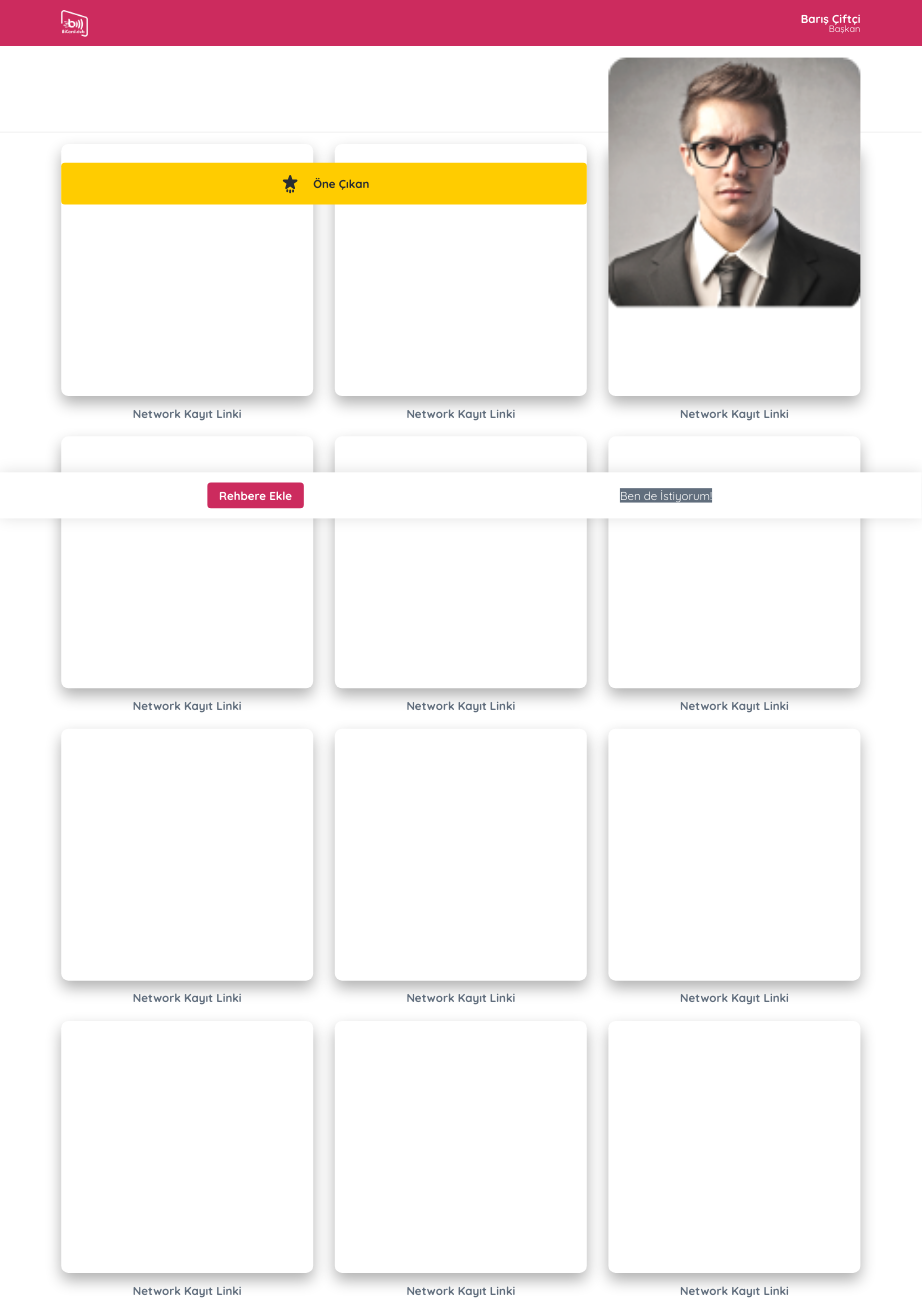
Repository: KayahanKahriman/bicard
Page: index.html
The author's editor kept a copy of each file at every save. The page is drawn from the files as they stood at one save, then again after the next save.
The browser window is 1280 px wide. The pictures show the whole page, at 72% of full size.
The style sheet was rebuilt from its Sass, Less or Tailwind sources for each picture, by a compiler version that may differ from the author's.

Above is the page before, as saved 2021-12-01 13:35:31.

### index.html
<!doctype html>
<html>

<head>
    <meta name="viewport" content="width=device-width, initial-scale=1, maximum-scale=1, user-scalable=no">
    <meta charset="utf-8" />
    <title>Title</title>
    <link rel="preconnect" href="https://fonts.googleapis.com">
    <link rel="preconnect" href="https://fonts.gstatic.com" crossorigin>
    <link href="https://fonts.googleapis.com/css2?family=Quicksand:wght@400;500;700&display=swap" rel="stylesheet">
    <link href="./assets/css/style.css" type="text/css" rel="stylesheet" />
</head>

<body>
    <header id="app-bar">
        <div class="container h-100">
            <div class="row h-100 align-items-center justify-content-between">
                <div class="col-1">
                    <img src="./assets/images/logo.png" alt="">
                </div>
                <div class="col-11">
                    <div id="app-bar-right">
                        <p id="person-name">Barış Çiftçi</p>
                        <p id="person-title">Başkan</p>
                    </div>
                </div>
            </div>
        </div>
    </header>

    <section id="profile" class="py-3">
        <div class="container">
            <div class="row align-items-center justify-content-center text-center">
                <div class="col-8">
                    <a href="#" class="button jumbo-button button-has-icon"><img src="./assets/images/ranking.svg" alt="">Öne Çıkan</a>
                </div>
                <div class="col-4">
                    <img class="img-contain" src="./assets/images/avatar.png" alt="">
                </div>
            </div>
        </div>
    </section>

    <section id="icon-grid" class="py-3">
        <div class="container">
            <div class="row">
                <div class="col-4 mb-4">
                    <div class="icon-grid-item">
                        <div class="icon-grid-item-icon">
                            <img src="./assets/images/user-add.png" alt="">
                        </div>
                        <div class="icon-grid-item-title">
                            Network Kayıt Linki
                        </div>
                    </div>
                </div>
                <div class="col-4 mb-4">
                    <div class="icon-grid-item">
                        <div class="icon-grid-item-icon">
                            <img src="./assets/images/user-add.png" alt="">
                        </div>
                        <div class="icon-grid-item-title">
                            Network Kayıt Linki
                        </div>
                    </div>
                </div>
                <div class="col-4 mb-4">
                    <div class="icon-grid-item">
                        <div class="icon-grid-item-icon">
                            <img src="./assets/images/user-add.png" alt="">
                        </div>
                        <div class="icon-grid-item-title">
                            Network Kayıt Linki
                        </div>
                    </div>
                </div>
                <div class="col-4 mb-4">
                    <div class="icon-grid-item">
                        <div class="icon-grid-item-icon">
                            <img src="./assets/images/user-add.png" alt="">
                        </div>
                        <div class="icon-grid-item-title">
                            Network Kayıt Linki
                        </div>
                    </div>
                </div>
                <div class="col-4 mb-4">
                    <div class="icon-grid-item">
                        <div class="icon-grid-item-icon">
                            <img src="./assets/images/user-add.png" alt="">
                        </div>
                        <div class="icon-grid-item-title">
                            Network Kayıt Linki
                        </div>
                    </div>
                </div>
                <div class="col-4 mb-4">
                    <div class="icon-grid-item">
                        <div class="icon-grid-item-icon">
                            <img src="./assets/images/user-add.png" alt="">
                        </div>
                        <div class="icon-grid-item-title">
                            Network Kayıt Linki
                        </div>
                    </div>
                </div>
                <div class="col-4 mb-4">
                    <div class="icon-grid-item">
                        <div class="icon-grid-item-icon">
                            <img src="./assets/images/user-add.png" alt="">
                        </div>
                        <div class="icon-grid-item-title">
                            Network Kayıt Linki
                        </div>
                    </div>
                </div>
                <div class="col-4 mb-4">
                    <div class="icon-grid-item">
                        <div class="icon-grid-item-icon">
                            <img src="./assets/images/user-add.png" alt="">
                        </div>
                        <div class="icon-grid-item-title">
                            Network Kayıt Linki
                        </div>
                    </div>
                </div>
                <div class="col-4 mb-4">
                    <div class="icon-grid-item">
                        <div class="icon-grid-item-icon">
                            <img src="./assets/images/user-add.png" alt="">
                        </div>
                        <div class="icon-grid-item-title">
                            Network Kayıt Linki
                        </div>
                    </div>
                </div>
                <div class="col-4 mb-4">
                    <div class="icon-grid-item">
                        <div class="icon-grid-item-icon">
                            <img src="./assets/images/user-add.png" alt="">
                        </div>
                        <div class="icon-grid-item-title">
                            Network Kayıt Linki
                        </div>
                    </div>
                </div>
                <div class="col-4 mb-4">
                    <div class="icon-grid-item">
                        <div class="icon-grid-item-icon">
                            <img src="./assets/images/user-add.png" alt="">
                        </div>
                        <div class="icon-grid-item-title">
                            Network Kayıt Linki
                        </div>
                    </div>
                </div>
                <div class="col-4 mb-4">
                    <div class="icon-grid-item">
                        <div class="icon-grid-item-icon">
                            <img src="./assets/images/user-add.png" alt="">
                        </div>
                        <div class="icon-grid-item-title">
                            Network Kayıt Linki
                        </div>
                    </div>
                </div>
            </div>
        </div>
    </section>
    <section id="fixed-buttons">
        <div class="container h-100">
            <div class="row align-items-center h-100 text-center">
                <div class="col-6">
                    <a class="button primary-button" href="#">Rehbere Ekle</a>
                </div>
                <div class="col-6">
                    <a class="dark-button" href="#">Ben de İstiyorum!</a>
                </div>
            </div>
        </div>
    </section>

    <script src="https://unpkg.com/swiper/swiper-bundle.min.js"></script>
    <script type="text/javascript" src="assets/js/index.js"></script>
</body>

</html>

### assets/scss/style.scss
@import "main";

#app-bar {
  background-color: var(--primary-color);
  height: var(--app-bar-height);
  width: 100%;
  color: white;
  position: fixed;
  top: 0;
  left: 0;
  z-index: 3;

  #person-name,
  #person-title {
    line-height: 1;
    text-align: right;
    margin-bottom: 0;
  }

  #person-name {
    font-weight: 600;
  }

  #person-title {
    font-size: 0.8em;
  }
}

#profile {
  background-color: white;
  position: relative;
  top: var(--app-bar-height);
  position: sticky;
  width: 100%;
  height: var(--profile-height);
  border-bottom: 1px solid var(--border-color);
  z-index: 3;
}

#icon-grid {
  position: relative;
  top: var(--app-bar-height);
  height: calc(
    100vh - var(--app-bar-height) + var(--fixed-buttons-height) +
      var(--app-bar-height)
  );
}

#fixed-buttons {
  bottom: 0;
  left: 0;
  width: 100%;
  position: fixed;
  background-color: white;
  height: var(--fixed-buttons-height);
  z-index: 3;
  box-shadow: 0 0 20px #00000020;
}

/*------------------------------------*\
    RESPONSIVE
\*------------------------------------*/

@media only screen and (min-width: 320px) {
}

@media only screen and (min-width: 480px) {
}

@media only screen and (min-width: 768px) {
}

@media only screen and (min-width: 1024px) {
}

@media only screen and (min-width: 1140px) {
}

@media only screen and (min-width: 1280px) {
}

@media only screen and (-webkit-min-device-pixel-ratio: 1.5),
  only screen and (min-resolution: 144dpi) {
}

### assets/scss/_main.scss
@import "./flex-grid/flexgrid";
@import "vars";
@import "https://unpkg.com/swiper/swiper-bundle.min.css";

*,
*:after,
*:before {
  margin: 0;
  padding: 0;
  -webkit-font-smoothing: antialiased;
  text-rendering: optimizeLegibility;
}

.row-no-padding {
  margin-left: 0;
  margin-right: 0;

  [class*="col-"] {
    padding-left: 0 !important;
    padding-right: 0 !important;
  }
}

a {
  color: var(--link-color);
  text-decoration: none;
}

a:hover,
a:focus,
a:active {
  text-decoration: none;
  outline: none;
}

html,
body {
  height: 100%;
  min-height: 100%;
}

body {
  font-size: 16px;
  color: var(--text-color);
  font-family: var(--primary-font);
  font-weight: 400;
}

.button {
  border-radius: 5px;
  padding: 0.5em 1em;
  font-weight: 600;
  transition: all 0.3s ease-in-out;

  &:hover {
    color: var(--text-color);
  }
}

.primary-button {
  background-color: var(--primary-color);
  color: white;
  transition: all 0.3s ease-in-out;

  &:hover {
    background-color: var(--primary-font);
  }
}

.dark-button {
  background: var(--dark-color);
  color: white;
  transition: all 0.3s ease-in-out;

  &:hover {
    background-color: white;
  }
}

.jumbo-button {
  background-color: var(--secondary-color);
  font-weight: 600;
  padding: 0.8em 2em;

  &:hover {
    background-color: var(--darker-secondary-color);
  }
}

.button-has-icon {
  display: flex;
  align-items: center;
  justify-content: center;
  column-gap: 1em;

  img,
  svg {
    width: 2em;
    height: 2em;
    object-position: center;
    object-fit: contain;
  }
}

.img-contain {
  width: 100%;
  height: 100%;
  object-fit: contain;
  object-position: center center;
}

.icon-grid-item {
  display: flex;
  flex-direction: column;
  text-align: center;
  font-weight: 600;
  gap: 1em;

  .icon-grid-item-icon {
    border-radius: 10px;
    box-shadow: 0 10px 20px #00000050;
    width: 100%;
    display: flex;
    justify-content: center;
    align-items: center;
    aspect-ratio: 1 / 1;
  }

  .icon-grid-item-title {
    line-height: 1;
    color: var(--alt-text-color);
  }
}

### assets/scss/flex-grid/_flexgrid.scss
@import "functions";
@import "variables";
@import "mixins";
@import "reboot";
@import "utilities";
@import "grid";

### assets/scss/flex-grid/_mixins.scss
// Toggles
//
// Used in conjunction with global variables to enable certain theme features.

// Vendor
@import "vendor/rfs";


// Utilities
@import "mixins/breakpoints";
@import "mixins/image";
@import "mixins/hover";
@import "mixins/deprecate";
@import "mixins/text-hide";
@import "mixins/text-truncate";
@import "mixins/text-emphasis";
@import "mixins/size";


// // Layout
@import "mixins/clearfix";
@import "mixins/grid-framework";
@import "mixins/grid";
@import "mixins/float";

### assets/scss/flex-grid/mixins/_image.scss
// Image Mixins
// - Responsive image
// - Retina image


// Responsive image
//
// Keep images from scaling beyond the width of their parents.

@mixin img-fluid {
  // Part 1: Set a maximum relative to the parent
  max-width: 100%;
  // Part 2: Override the height to auto, otherwise images will be stretched
  // when setting a width and height attribute on the img element.
  height: auto;
}


// Retina image
//
// Short retina mixin for setting background-image and -size.

@mixin img-retina($file-1x, $file-2x, $width-1x, $height-1x) {
  background-image: url($file-1x);

  // Autoprefixer takes care of adding -webkit-min-device-pixel-ratio and -o-min-device-pixel-ratio,
  // but doesn't convert dppx=>dpi.
  // There's no such thing as unprefixed min-device-pixel-ratio since it's nonstandard.
  // Compatibility info: https://caniuse.com/#feat=css-media-resolution
  @media only screen and (min-resolution: 192dpi), // IE9-11 don't support dppx
    only screen and (min-resolution: 2dppx) { // Standardized
    background-image: url($file-2x);
    background-size: $width-1x $height-1x;
  }
  @include deprecate("`img-retina()`", "v4.3.0", "v5");
}

### assets/scss/flex-grid/mixins/_hover.scss
// Hover mixin and `$enable-hover-media-query` are deprecated.
//
// Originally added during our alphas and maintained during betas, this mixin was
// designed to prevent `:hover` stickiness on iOS-an issue where hover styles
// would persist after initial touch.
//
// For backward compatibility, we've kept these mixins and updated them to
// always return their regular pseudo-classes instead of a shimmed media query.
//
// Issue: https://github.com/twbs/bootstrap/issues/25195

@mixin hover {
  &:hover { @content; }
}

@mixin hover-focus {
  &:hover,
  &:focus {
    @content;
  }
}

@mixin plain-hover-focus {
  &,
  &:hover,
  &:focus {
    @content;
  }
}

@mixin hover-focus-active {
  &:hover,
  &:focus,
  &:active {
    @content;
  }
}

### assets/scss/flex-grid/mixins/_grid-framework.scss
// Framework grid generation
//
// Used only by Bootstrap to generate the correct number of grid classes given
// any value of `$grid-columns`.

@mixin make-grid-columns($columns: $grid-columns, $gutter: $grid-gutter-width, $breakpoints: $grid-breakpoints) {
  // Common properties for all breakpoints
  %grid-column {
    position: relative;
    width: 100%;
    padding-right: $gutter / 2;
    padding-left: $gutter / 2;
  }

  @each $breakpoint in map-keys($breakpoints) {
    $infix: breakpoint-infix($breakpoint, $breakpoints);

    // Allow columns to stretch full width below their breakpoints
    @for $i from 1 through $columns {
      .col#{$infix}-#{$i} {
        @extend %grid-column;
      }
    }
    .col#{$infix},
    .col#{$infix}-auto {
      @extend %grid-column;
    }

    @include media-breakpoint-up($breakpoint, $breakpoints) {
      // Provide basic `.col-{bp}` classes for equal-width flexbox columns
      .col#{$infix} {
        flex-basis: 0;
        flex-grow: 1;
        max-width: 100%;
      }
      .col#{$infix}-auto {
        flex: 0 0 auto;
        width: auto;
        max-width: 100%; // Reset earlier grid tiers
      }

      @for $i from 1 through $columns {
        .col#{$infix}-#{$i} {
          @include make-col($i, $columns);
        }
      }

      .order#{$infix}-first { order: -1; }

      .order#{$infix}-last { order: $columns + 1; }

      @for $i from 0 through $columns {
        .order#{$infix}-#{$i} { order: $i; }
      }

      // `$columns - 1` because offsetting by the width of an entire row isn't possible
      @for $i from 0 through ($columns - 1) {
        @if not ($infix == "" and $i == 0) { // Avoid emitting useless .offset-0
          .offset#{$infix}-#{$i} {
            @include make-col-offset($i, $columns);
          }
        }
      }
    }
  }
}

### assets/scss/flex-grid/mixins/_grid.scss
/// Grid system
//
// Generate semantic grid columns with these mixins.

@mixin make-container($gutter: $grid-gutter-width) {
  width: 100%;
  padding-right: $gutter / 2;
  padding-left: $gutter / 2;
  margin-right: auto;
  margin-left: auto;
}


// For each breakpoint, define the maximum width of the container in a media query
@mixin make-container-max-widths($max-widths: $container-max-widths, $breakpoints: $grid-breakpoints) {
  @each $breakpoint, $container-max-width in $max-widths {
    @include media-breakpoint-up($breakpoint, $breakpoints) {
      max-width: $container-max-width;
    }
  }
}

@mixin make-row($gutter: $grid-gutter-width) {
  display: flex;
  flex-wrap: wrap;
  margin-right: -$gutter / 2;
  margin-left: -$gutter / 2;
}

@mixin make-col-ready($gutter: $grid-gutter-width) {
  position: relative;
  // Prevent columns from becoming too narrow when at smaller grid tiers by
  // always setting `width: 100%;`. This works because we use `flex` values
  // later on to override this initial width.
  width: 100%;
  padding-right: $gutter / 2;
  padding-left: $gutter / 2;
}

@mixin make-col($size, $columns: $grid-columns) {
  flex: 0 0 percentage($size / $columns);
  // Add a `max-width` to ensure content within each column does not blow out
  // the width of the column. Applies to IE10+ and Firefox. Chrome and Safari
  // do not appear to require this.
  max-width: percentage($size / $columns);
}

@mixin make-col-offset($size, $columns: $grid-columns) {
  $num: $size / $columns;
  margin-left: if($num == 0, 0, percentage($num));
}

### assets/scss/flex-grid/_utilities.scss
@import "utilities/align";
@import "utilities/clearfix";
@import "utilities/display";
@import "utilities/flex";
@import "utilities/float";
@import "utilities/position";
@import "utilities/text";
@import "utilities/spacing";
@import "utilities/sizing";

### assets/scss/flex-grid/utilities/_text.scss
// stylelint-disable declaration-no-important

//
// Text
//

.text-monospace { font-family: $font-family-monospace !important; }

// Alignment

.text-justify  { text-align: justify !important; }
.text-wrap     { white-space: normal !important; }
.text-nowrap   { white-space: nowrap !important; }
.text-truncate { @include text-truncate; }

// Responsive alignment

@each $breakpoint in map-keys($grid-breakpoints) {
  @include media-breakpoint-up($breakpoint) {
    $infix: breakpoint-infix($breakpoint, $grid-breakpoints);

    .text#{$infix}-left   { text-align: left !important; }
    .text#{$infix}-right  { text-align: right !important; }
    .text#{$infix}-center { text-align: center !important; }
  }
}

// Transformation

.text-lowercase  { text-transform: lowercase !important; }
.text-uppercase  { text-transform: uppercase !important; }
.text-capitalize { text-transform: capitalize !important; }

// Weight and italics

.font-weight-light   { font-weight: $font-weight-light !important; }
.font-weight-lighter { font-weight: $font-weight-lighter !important; }
.font-weight-normal  { font-weight: $font-weight-normal !important; }
.font-weight-bold    { font-weight: $font-weight-bold !important; }
.font-weight-bolder  { font-weight: $font-weight-bolder !important; }
.font-italic         { font-style: italic !important; }

// Contextual colors

.text-white { color: $white !important; }

@each $color, $value in $theme-colors {
  @include text-emphasis-variant(".text-#{$color}", $value);
}

.text-body { color: $body-color !important; }
.text-muted { color: $text-muted !important; }

.text-black-50 { color: rgba($black, .5) !important; }
.text-white-50 { color: rgba($white, .5) !important; }

// Misc

.text-hide {
  @include text-hide($ignore-warning: true);
}

.text-decoration-none { text-decoration: none !important; }

.text-break {
  word-break: break-word !important; // IE & < Edge 18
  overflow-wrap: break-word !important;
}

// Reset

.text-reset { color: inherit !important; }

### assets/scss/flex-grid/_grid.scss
// Container widths
//
// Set the container width, and override it for fixed navbars in media queries.

@if $enable-grid-classes {
  .container {
    @include make-container();
    @include make-container-max-widths();
  }
}

// Fluid container
//
// Utilizes the mixin meant for fixed width containers, but with 100% width for
// fluid, full width layouts.

@if $enable-grid-classes {
  .container-fluid {
    @include make-container();
  }
}

// Row
//
// Rows contain and clear the floats of your columns.

@if $enable-grid-classes {
  .row {
    @include make-row();
  }

  // Remove the negative margin from default .row, then the horizontal padding
  // from all immediate children columns (to prevent runaway style inheritance).
  .no-gutters {
    margin-right: 0;
    margin-left: 0;

    > .col,
    > [class*="col-"] {
      padding-right: 0;
      padding-left: 0;
    }
  }
}

// Columns
//
// Common styles for small and large grid columns

@if $enable-grid-classes {
  @include make-grid-columns();
}

### assets/scss/_vars.scss
:root {
  // Fonts
  --quicksand: "Quicksand", sans-serif;
  --primary-font: var(--quicksand);

  // Colors
  --primary-color: #cc2b5e;
  --darker-primary-color: #b12451;
  --secondary-color: #ffcc00;
  --darker-secondary-color: #d4aa00;
  --text-color: #292d32;
  --link-color: #292d32;
  --alt-text-color: #616e7d;
  --border-color: #eaeaea;
  --dark-color: #616e7d;

  // Sizes
  --app-bar-height: 4em;
  --profile-height: 7.5em;
  --fixed-buttons-height: 4em;
}

Loaded but not shown: assets/scss/flex-grid/vendor/_rfs.scss (common file); assets/scss/flex-grid/mixins/_deprecate.scss (common file); assets/scss/flex-grid/mixins/_text-hide.scss (common file); assets/scss/flex-grid/mixins/_text-truncate.scss (common file); assets/scss/flex-grid/mixins/_text-emphasis.scss (common file); assets/scss/flex-grid/mixins/_size.scss (common file); assets/scss/flex-grid/mixins/_clearfix.scss (common file); assets/scss/flex-grid/mixins/_float.scss (common file); assets/scss/flex-grid/utilities/_align.scss (common file); assets/scss/flex-grid/utilities/_clearfix.scss (common file); assets/scss/flex-grid/utilities/_display.scss (common file); assets/scss/flex-grid/utilities/_float.scss (common file); assets/scss/flex-grid/utilities/_position.scss (common file); assets/scss/flex-grid/utilities/_sizing.scss (common file); assets/js/index.js (6 lines, source omitted); assets/scss/flex-grid/_variables.scss (1123 lines, source omitted); assets/scss/flex-grid/_reboot.scss (483 lines, source omitted); assets/scss/flex-grid/mixins/_breakpoints.scss (123 lines, source omitted); assets/scss/flex-grid/utilities/_flex.scss (51 lines, source omitted); assets/scss/flex-grid/_functions.scss (86 lines, source omitted); assets/scss/flex-grid/utilities/_spacing.scss (73 lines, source omitted)

After the next save:
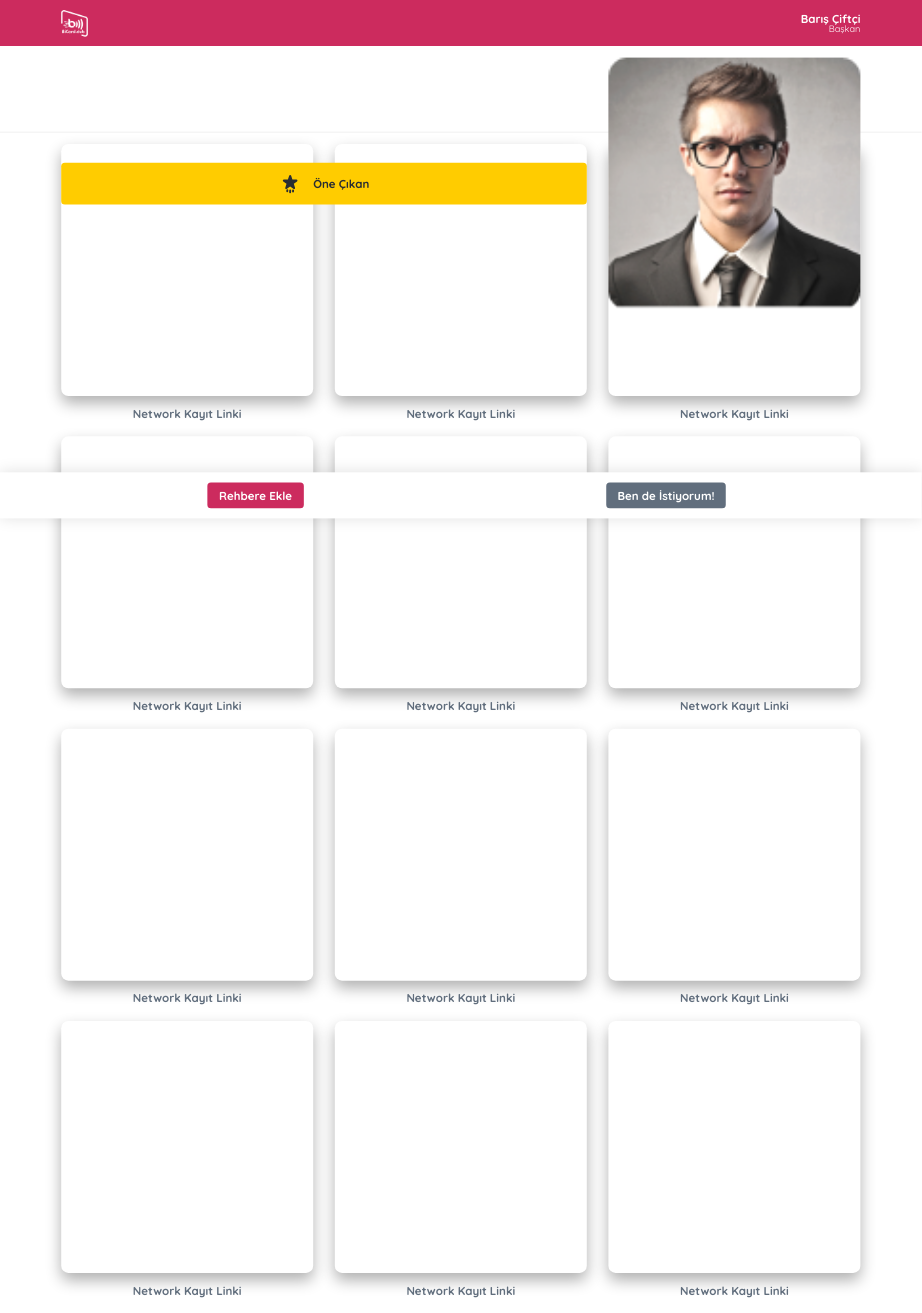
Saved 6 s later.
--- a/index.html
+++ b/index.html
@@ -174,7 +174,7 @@
                     <a class="button primary-button" href="#">Rehbere Ekle</a>
                 </div>
                 <div class="col-6">
-                    <a class="dark-button" href="#">Ben de İstiyorum!</a>
+                    <a class="button dark-button" href="#">Ben de İstiyorum!</a>
                 </div>
             </div>
         </div>
